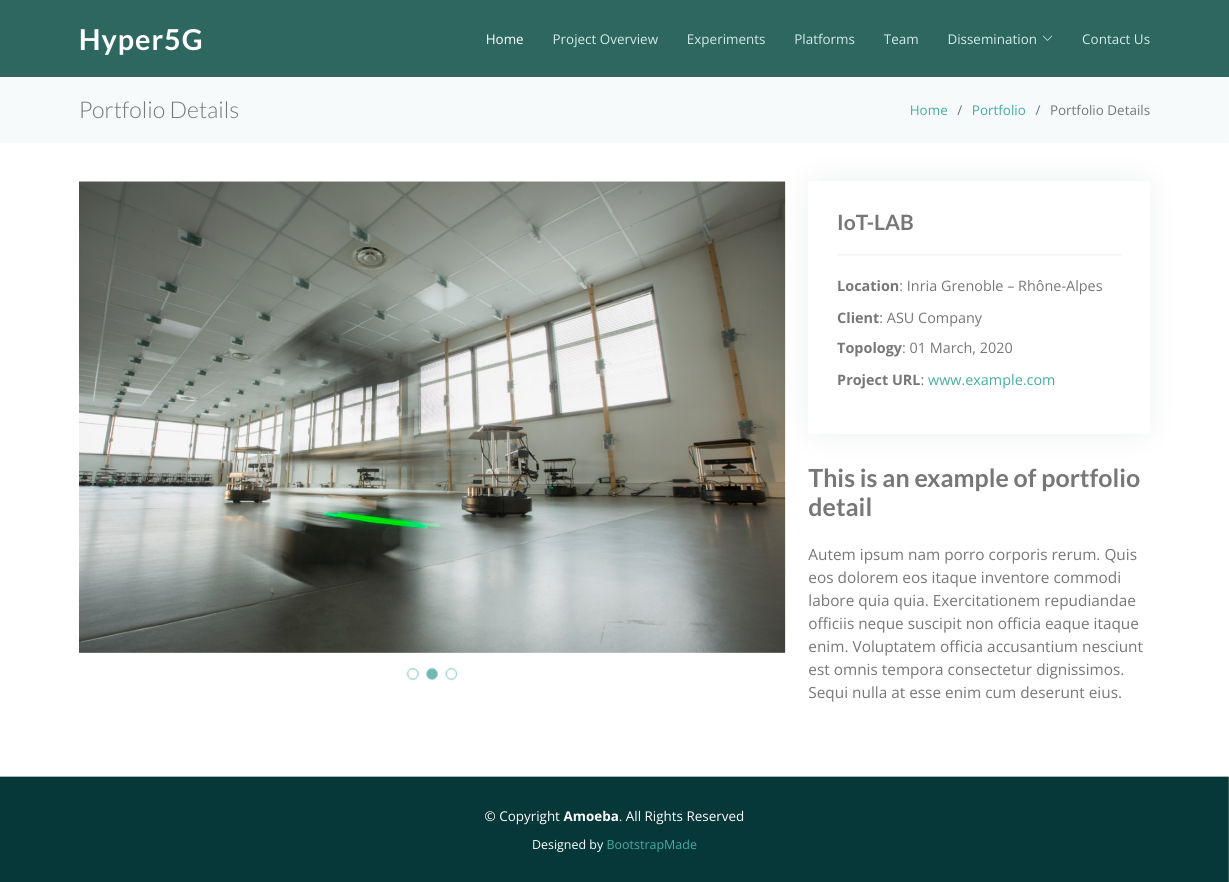
Repository: hakiri/Hyper5G
Page: portfolio-details.html
An editor plug-in stored every save of this project. The page is shown before and after the next save, followed by the edit.
The browser window is 1280 px wide. The pictures show the whole page, at 96% of full size.

Above is the page before, as saved 2022-07-23 15:27:37.

After the next save:
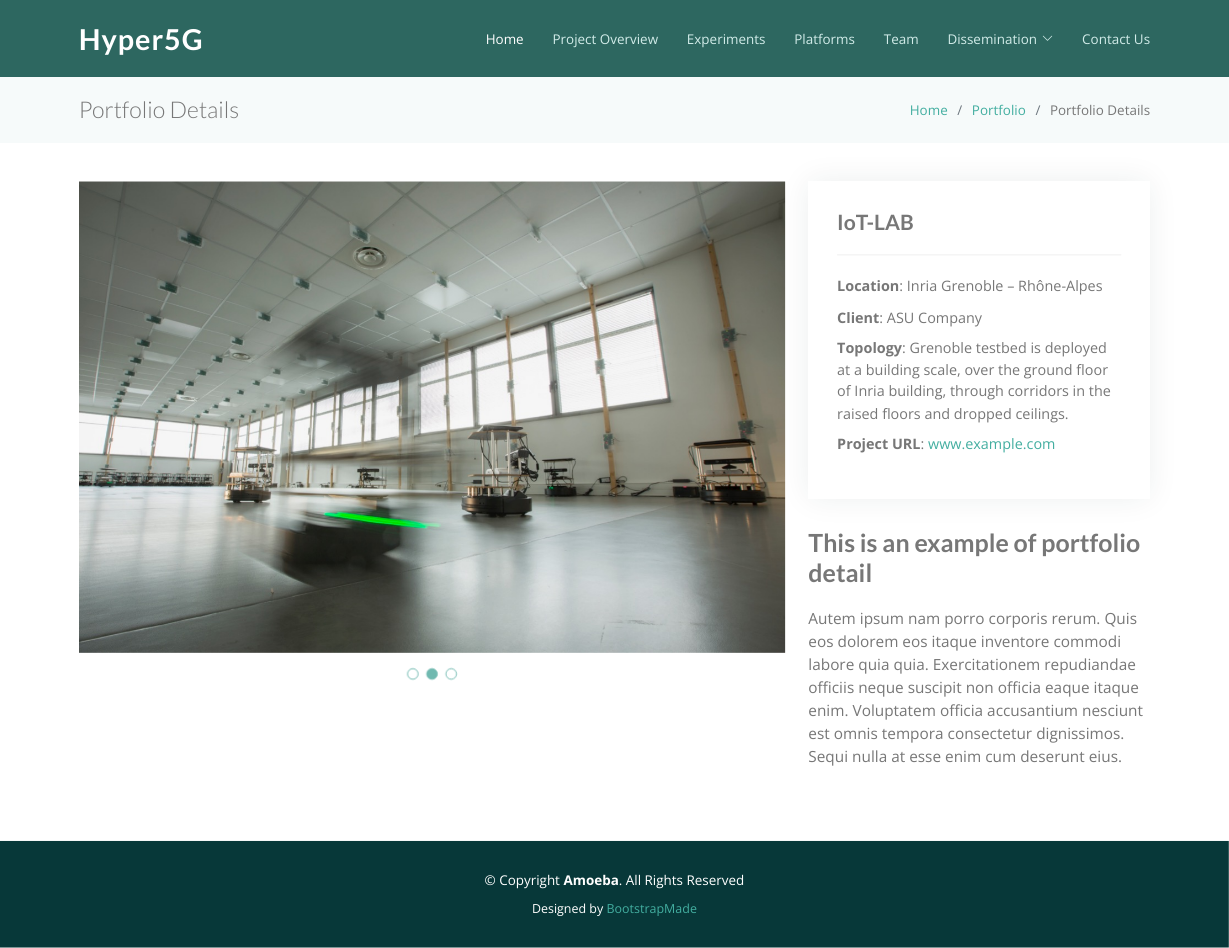
Saved 11 s later.
--- a/portfolio-details.html
+++ b/portfolio-details.html
@@ -131,7 +131,8 @@
                             <ul>
                                 <li><strong>Location</strong>: Inria Grenoble – Rhône-Alpes</li>
                                 <li><strong>Client</strong>: ASU Company</li>
-                                <li><strong>Topology</strong>: 01 March, 2020</li>
+                                <li><strong>Topology</strong>: Grenoble testbed is deployed at a building scale, over the ground floor of Inria building, through corridors in the raised floors and dropped ceilings.
+                                </li>
                                 <li><strong>Project URL</strong>: <a href="#">www.example.com</a></li>
                             </ul>
                         </div>
